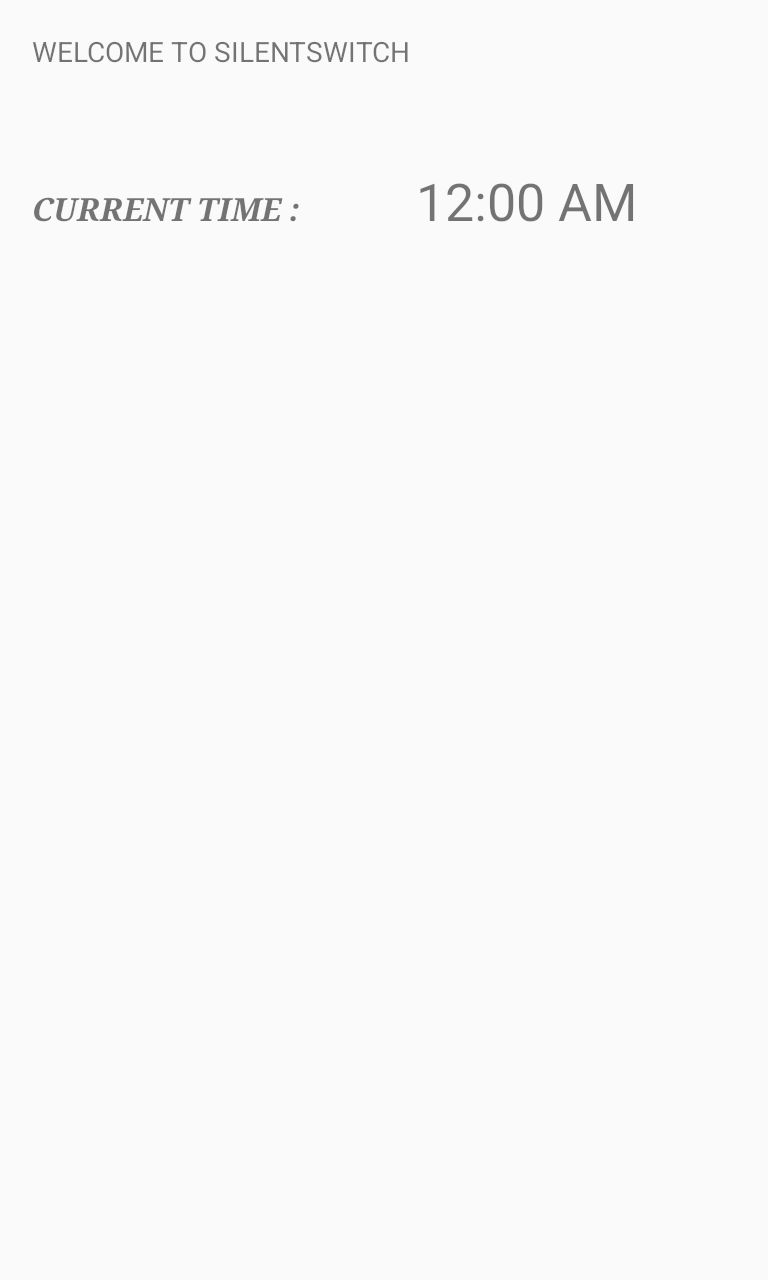
Repository: karakor/SilentSwitch2
Layout: SilentSwitch/res/layout/activity_alarm.xml
An editor plug-in stored every save of this project. The layout is shown before and after the next save, followed by the edit.
It is drawn on a 768 x 1280 px phone screen (xhdpi) without system bars, with theme AppTheme; the app's code is not run. The app's manifest (not shown) leaves right-to-left support off. So textAlignment, textDirection and layoutDirection are ignored, and left and right values win over start and end ones.

Above is the layout before, as saved 2015-03-02 10:59:34.

### SilentSwitch/res/layout/activity_alarm.xml
<RelativeLayout xmlns:android="http://schemas.android.com/apk/res/android"
    xmlns:tools="http://schemas.android.com/tools"
    android:layout_width="match_parent"
    android:layout_height="match_parent"
    android:paddingBottom="@dimen/activity_vertical_margin"
    android:paddingLeft="@dimen/activity_horizontal_margin"
    android:paddingRight="@dimen/activity_horizontal_margin"
    android:paddingTop="@dimen/activity_vertical_margin"
    tools:context="com.example.silentswitch.AlarmScreen" >

    <TextView
        android:id="@+id/textView1"
        android:layout_width="wrap_content"
        android:layout_height="wrap_content"
        android:text="@string/hello_world" />

    <TextView
        android:id="@+id/current_time"
        android:layout_width="wrap_content"
        android:layout_height="wrap_content"
        android:layout_alignBaseline="@+id/digitalClock1"
        android:layout_alignBottom="@+id/digitalClock1"
        android:layout_alignLeft="@+id/textView1"
        android:text="@string/current_txt"
        android:textAppearance="?android:attr/textAppearanceSmall"
        android:textSize="16sp"
        android:textStyle="bold|italic"
        android:typeface="serif" />

    <DigitalClock
        android:id="@+id/digitalClock1"
        android:layout_width="wrap_content"
        android:layout_height="wrap_content"
        android:layout_alignParentRight="true"
        android:layout_below="@+id/textView1"
        android:layout_marginTop="48dp"
        android:digits="8"
        android:text="@string/digital_clc"
        android:textAlignment="center"
        android:textSize="26sp"
        android:width="160dp" />

</RelativeLayout>

### SilentSwitch/res/values/strings.xml
<?xml version="1.0" encoding="utf-8"?>
<resources>

    <string name="app_name">SilentSwitch</string>
    <string name="hello_world">WELCOME TO SILENTSWITCH</string>
    <string name="action_settings">Settings</string>
    <string name="Alarm_btn">ALARM</string>
    <string name="Map_btn">MAP</string>
    <string name="title_activity_map__screen">Map_Screen</string>
    <string name="btn_City">City</string>
    <string name="str_rb_normal">Normal</string>
    <string name="str_rb_satellite">Satellite</string>
    <string name="menu_settings">Settings</string>
    <string name="str_rb_terrain">Terrain</string>
    <string name="title_activity_alarm_screen">AlarmScreen</string>
    <string name="digital_clc"/>
    <string name="current_txt">CURRENT TIME : </string>

</resources>

Loaded but not shown: SilentSwitch/res/values/styles.xml (common file); SilentSwitch/res/values-v11/styles.xml (common file); SilentSwitch/res/values-v14/styles.xml (common file); SilentSwitch/res/values/dimens.xml (common file); SilentSwitch/res/values-w820dp/dimens.xml (common file)

After the next save:
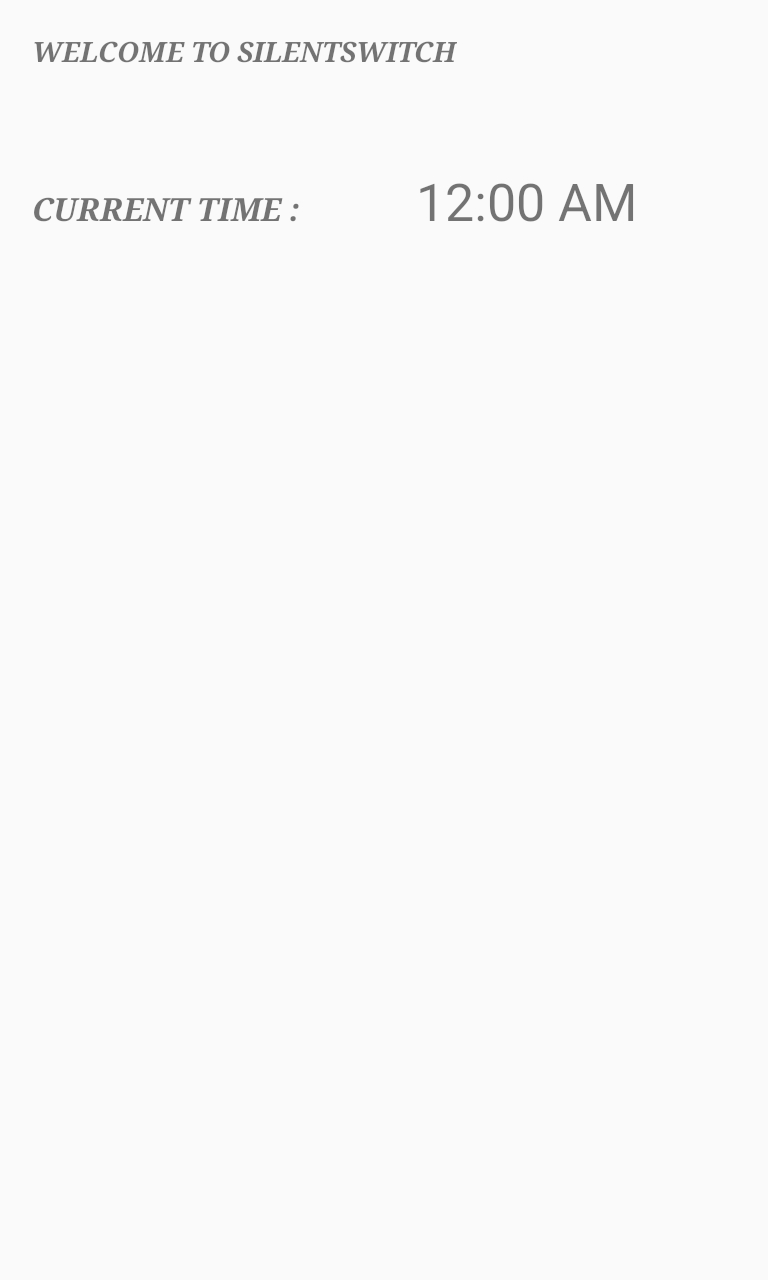
Saved 21 s later.
--- a/SilentSwitch/res/layout/activity_alarm.xml
+++ b/SilentSwitch/res/layout/activity_alarm.xml
@@ -12,7 +12,9 @@
         android:id="@+id/textView1"
         android:layout_width="wrap_content"
         android:layout_height="wrap_content"
-        android:text="@string/hello_world" />
+        android:text="@string/hello_world"
+        android:textStyle="bold|italic"
+        android:typeface="serif"  />
 
     <TextView
         android:id="@+id/current_time"
